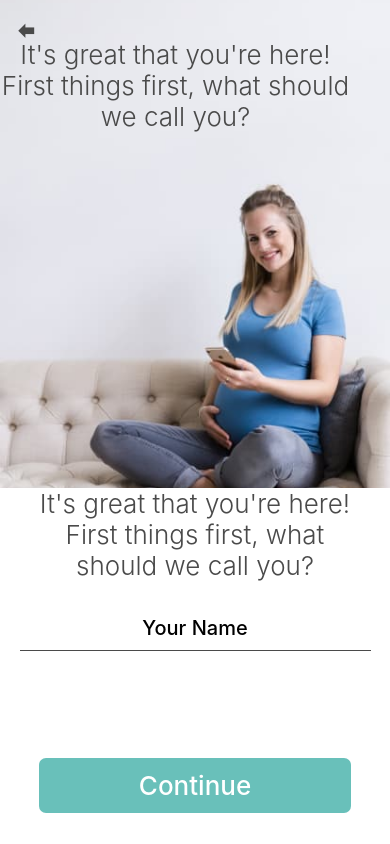
Repository: pheonixlegend/keleya
Screen: /Name
The author's editor kept a copy of each file at every save. The screen is drawn from the files as they stood at one save, then again after the next save.
The app was drawn by React Native's web renderer in a window 390 px wide. The project was rebuilt for these pictures with package versions that can differ from the ones it lists, and the page was loaded fresh each time. Also part of the build but not shown: components/ImageHeader.tsx, components/LoginSignupDetails.tsx, screens/SignUp.tsx, screens/SignIn.tsx, screens/Date.tsx, screens/Workout.tsx, screens/Success.tsx.

Above is the screen before, as saved 2021-10-10 13:25:00.

After the next save:
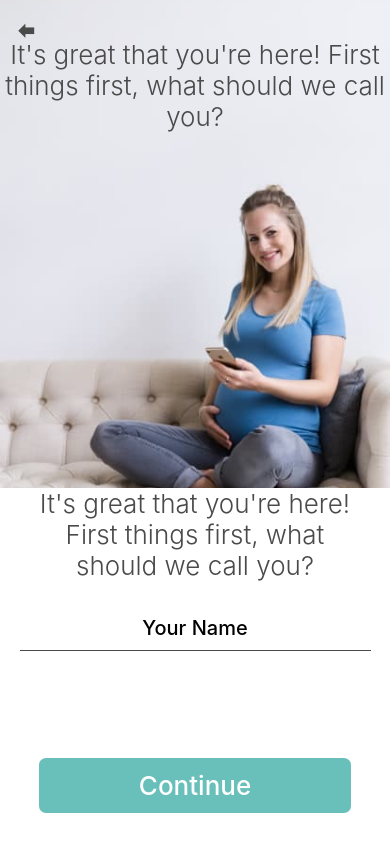
Saved 33 s later.
--- a/components/NameTimeDetails.tsx
+++ b/components/NameTimeDetails.tsx
@@ -52,7 +52,7 @@ const styles = StyleSheet.create({
   titleText: {
     textAlign: 'center',
     fontSize: 26,
-    width: '90%',
+    width: '100%',
     fontWeight: "300",
     color: "#4a4a4a",
     paddingBottom: '10%',
